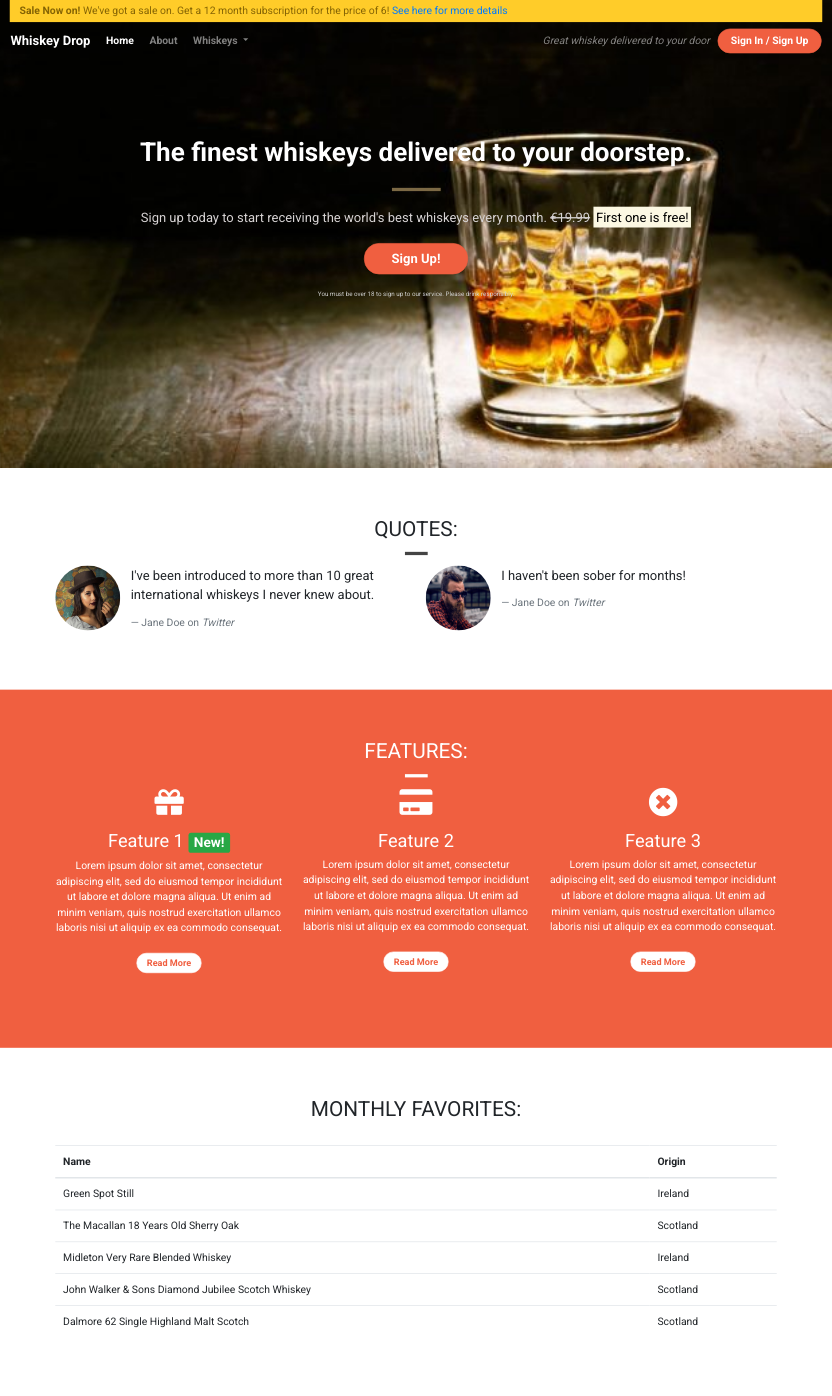
Repository: grisselfaura/BootstrappingYourNextBigIdea-BS4
Page: index.html
The author's editor kept a record of every edit. The page is drawn from the files as they stood at one moment, then again after the next edit.
The browser window is 1280 px wide. The pictures show the whole page, at 65% of full size.
Backgrounds fixed to the window are drawn as part of the page. Some web libraries are served in a nearby version.

Above is the page before.

After the next edit:
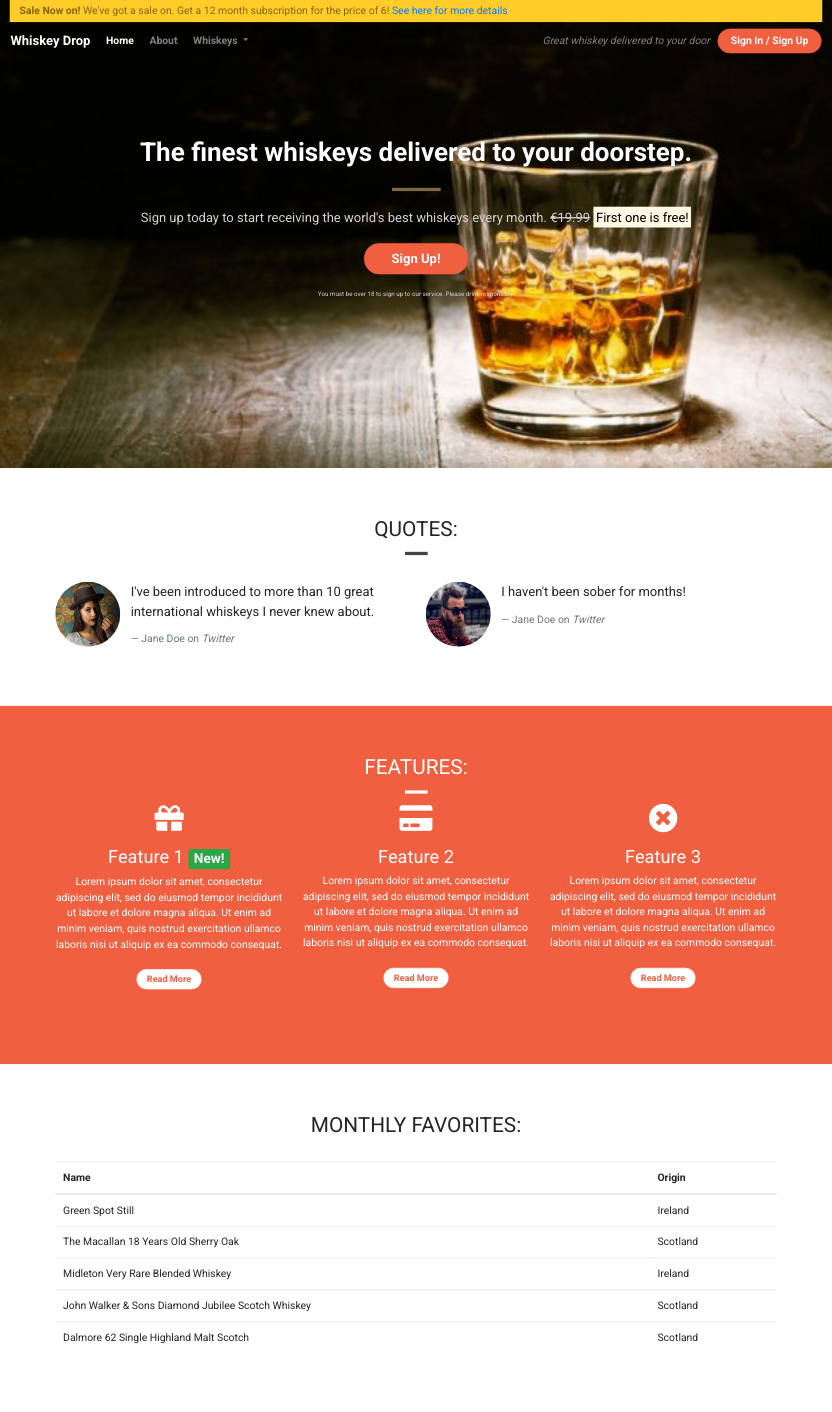
The edit:
--- a/css/style.css
+++ b/css/style.css
@@ -59,6 +59,10 @@
 
 .page-header h2 {
     margin top: 0;
+}
+
+.quotes .page-header {
+    margin-bottom: 25px;
 }
 
 /*Block-dividers*/
